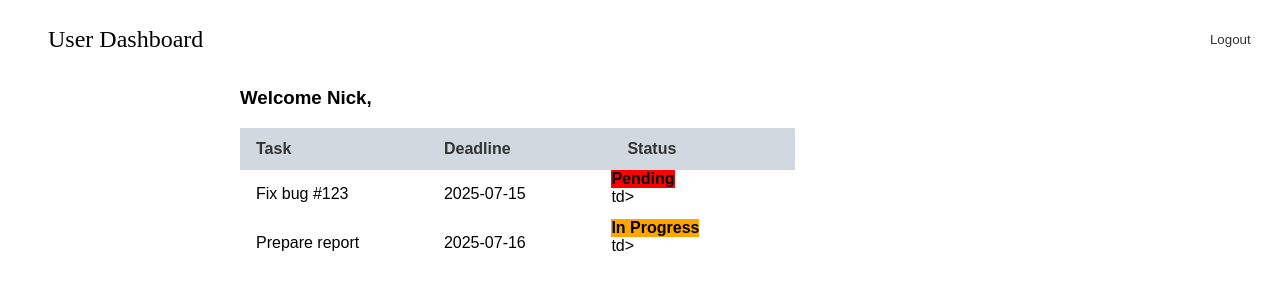
Repository: Edmund-Kiama/todoPHP
Page: /user (app in task-manager-frontend/)
These files come from the project's save history. The page is drawn as it stood at one moment and after a run of saves; the edit follows.
The browser window is 1280 px wide. The pictures show the whole page.
The project was rebuilt for these pictures with package versions that can differ from the ones it lists, and the page was loaded fresh each time. Also part of the build but not shown: task-manager-frontend/vite.config.js, task-manager-frontend/src/components/Login/login.css, task-manager-frontend/src/components/Login/Login.vue, task-manager-frontend/src/components/Admin/admin.css, task-manager-frontend/src/components/Admin/AdminDashboard.vue.

Above is the page before, as saved 2025-07-12 22:09:04.

### task-manager-frontend/src/App.vue
<script setup>
  import Navbar from './components/Navbar/Navbar.vue';
  import { store } from './store';
</script>

<template>
  <Navbar />
  <router-view />
</template>

### task-manager-frontend/src/router/index.js
import { createRouter, createWebHistory } from 'vue-router';
import Login from '../components/Login/Login.vue';
import AdminDashboard from '../components/Admin/AdminDashboard.vue';
import UserDashboard from '../components/User/UserDashboard.vue';

const routes = [
  { path: '/', name: 'Login', component: Login },
  { path: '/admin', name: 'AdminDashboard', component: AdminDashboard },
  { path: '/user', name: 'UserDashboard', component: UserDashboard }
];

const router = createRouter({
  history: createWebHistory(),
  routes
});

export default router;

### task-manager-frontend/src/components/Navbar/Navbar.vue

<template>
  <nav v-if="store.user.loggedIn" class="navbar">
    <ul>
      <li v-if="user.role === 'admin'">Admin Dashboard</li>
      <li v-if="user.role === 'user'">User Dashboard</li>
      <li><button @click="logout">Logout</button></li>
    </ul>
  </nav>
</template>

<script setup>
  import "./nav.css"
  import { store } from '../../store'
  import { useRouter } from 'vue-router'

  const router = useRouter()

  const user = store.user
  if (!user.loggedIn) router.push('/')

  function logout() {
    store.user.role = null
    store.user.loggedIn = false
    localStorage.removeItem('token')
    router.push('/')
  }
</script>

### task-manager-frontend/src/store.js
import { reactive } from 'vue'

export const store = reactive({
  user: {
    role: "user",
    loggedIn: true,
    username: "Nick"
  },
})

### task-manager-frontend/src/components/User/UserDashboard.vue
<script setup>
  import './user.css'
  import { ref, computed } from 'vue';
  import { store } from '../../store';

  // Mocked logged-in user
  const currentUser = 'user@example.com';
  const user = store.user

  // Mocked task list — in a real app, fetch from backend
  const allTasks = ref([
    { title: 'Fix bug #123', user: 'user@example.com', deadline: '2025-07-15', status: 'Pending' },
    { title: 'Prepare report', user: 'user@example.com', deadline: '2025-07-16', status: 'In Progress' },
    { title: 'Update Docs', user: 'bob@example.com', deadline: '2025-07-17', status: 'Pending' }
  ]);

  const userTasks = computed(() =>
    allTasks.value.filter(task => task.user === currentUser)
  );

  function nextStatus(status) {
    if (status === 'Pending') return 'In Progress';
    if (status === 'In Progress') return 'Completed';
    return '';
  }

  function advanceStatus(index) {
    const task = userTasks.value[index];
    if (task.status === 'Pending') {
      task.status = 'In Progress';
    } else if (task.status === 'In Progress') {
      task.status = 'Completed';
    }
  }
  function statusClass(status) {
    return {
      'status-completed': status === 'Completed',
      'status-inprogress': status === 'In Progress',
      'status-pending': status === 'Pending',
    }
  }
</script>
<template>
    <div class="user-dashboard">
      <section>
        <h3>Welcome {{ user.username }},</h3>
        <table v-if="userTasks.length">
          <thead>
            <tr>
              <th>Task</th><th>Deadline</th><th>Status</th>
            </tr>
          </thead>
          <tbody>
            <tr v-for="(task, index) in userTasks" :key="index">
              <td>{{ task.title }}</td>
              <td>{{ task.deadline }}</td>
              <tr > <div :class="statusClass(task.status)">{{ task.status }}</div></tr>td>
              <td>
                <button
                  v-if="task.status !== 'Completed'"
                  @click="advanceStatus(index)"
                >
                  Mark as {{ nextStatus(task.status) }}
                </button>
              </td>
            </tr>
          </tbody>
        </table>

        <p v-else>No tasks assigned to you.</p>
      </section>
    </div>
</template>

### task-manager-frontend/src/components/Navbar/nav.css
.navbar {
    background: white;
}
.navbar ul {
    display: flex;
    justify-content: space-between;
    align-items: center;
    gap: 1rem;
    list-style: none;
    font-size: 1.5em;
}
.navbar ul li {
    display: flex;
    align-items: center;
}
.navbar button {
    text-decoration: none;
    background: none;
    border: none;
    padding: 0.5rem;
    border-radius: 5px;
    color: #333;
    transition: all;
    transition-duration: 300ms;
    cursor: pointer;
    margin-right: 1em;
}
.navbar button:hover {
    background-color:  #3498db;
    color: white;
}

### task-manager-frontend/src/components/User/user.css
.user-dashboard {
    max-width: 800px;
    margin: 2rem auto;
    font-family: Arial, sans-serif;
}

.user-dashboard table {
    width: 100%;
    border-collapse: collapse;
    margin-top: 1rem;
    font-family: sans-serif;
    border: none; /* remove outer border */
}
.user-dashboard th,
.user-dashboard td {
    padding: 0.75rem 1rem;
    text-align: left;
    border: none; /* remove inner lines */
    vertical-align: middle;
    min-width: 100px;
}

.user-dashboard th {
    background-color: #d1d8df;
    font-weight: bold;
    color: #333;
}

.user-dashboard td button {
    visibility: hidden;
    background-color: #4DA2F7;
    color: white;
    border: none;
    padding: 5px 10px;
    margin-right: 5px;
    border-radius: 4px;
    cursor: pointer;
    transition: background-color 0.2s ease;
}

.user-dashboard button:hover {
    background-color: #1c74d9;
}

.user-dashboard tr:hover td button {
    visibility: visible;
}

.user-dashboard tr:hover {
    background-color: #f0f8ff;
}
.user-dashboard .status-completed {
    background-color: green;
    font-weight: bold;
}

.user-dashboard .status-inprogress {
    background-color: orange;
    font-weight: bold;
}

.user-dashboard .status-pending {
    background-color: red;
    font-weight: bold;
}

Loaded but not shown: task-manager-frontend/index.html (common file); task-manager-frontend/src/main.js (common file)

After the next 2 saves:
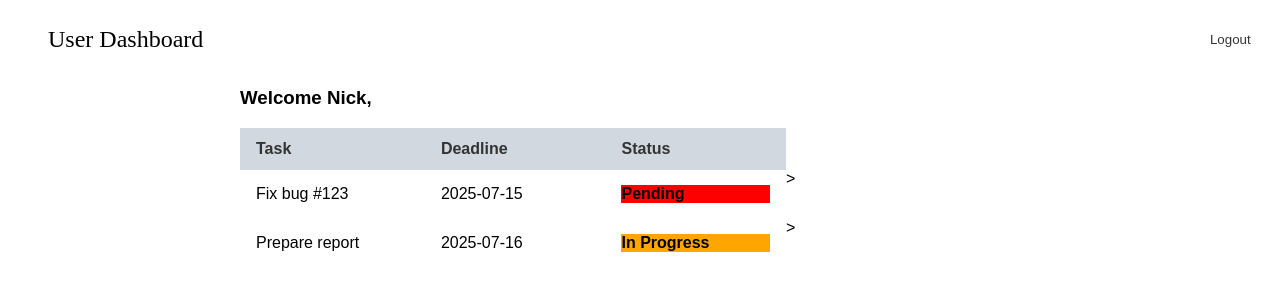
The 2 saves are shown as one change because they came seconds apart.
The last was saved 8 s later.
--- a/task-manager-frontend/src/components/User/UserDashboard.vue
+++ b/task-manager-frontend/src/components/User/UserDashboard.vue
@@ -54,7 +54,7 @@
             <tr v-for="(task, index) in userTasks" :key="index">
               <td>{{ task.title }}</td>
               <td>{{ task.deadline }}</td>
-              <tr > <div :class="statusClass(task.status)">{{ task.status }}</div></tr>td>
+              <td > <div :class="statusClass(task.status)">{{ task.status }}</div></td>>
               <td>
                 <button
                   v-if="task.status !== 'Completed'"
